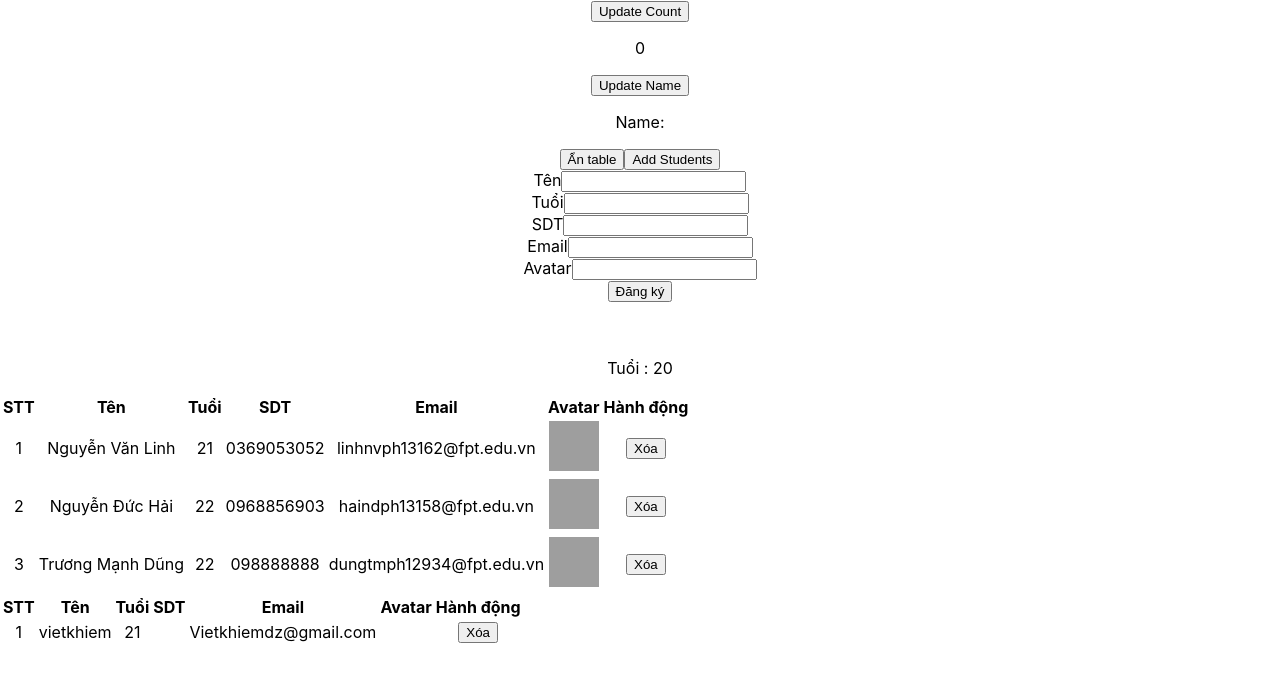
Repository: vietkhiem/TypeScript
Page: /
These files come from the project's save history. The page is drawn as it stood at one moment and after the next save; the edit follows.
The browser window is 1280 px wide. The pictures show the whole page.
Pictures or frames that could not be fetched are drawn as grey boxes. The project was rebuilt for these pictures with package versions that can differ from the ones it lists, and the page was loaded fresh each time.

Above is the page before, as saved 2022-03-18 20:22:12.

### src/App.tsx
import React, {useState} from 'react';
import './App.css';
import Login from './pages/login';
import TableCustom from './pages/table';

type Student = {
  name: string,
  age: number,
  address: string,
  phone: number
}

function App() {
  const [count, setCount] = useState<number>(0);
  const [name, setName] = useState<string>('');
  //state trang thai hien thi bang
  const [isShowTable, setShowTable] = useState<boolean>(true);
  const studentsData = [
    {
      name: 'vietkhiem',
      age: 21,
      address: 'Thái Bình',
      email: 'Vietkhiemdz@gmail.com',
      action: 'Delete'
    }
  ]
  return (
    <div className="App">
      <button onClick={() => setCount(count+1)}>Update Count</button>
        <p>{count}</p>

      <button onClick={() => setName('viet khiem')}>Update Name</button>
        <p>Name: {name}</p>

        <button onClick={() => setShowTable(!isShowTable)}>
        {isShowTable === true ? 'Ẩn' : 'Hiện'}  table</button>

        <button>Add Students</button>
      {/* thêm view login vào trong App.tsx */}
        <Login />
        {/* thêm components table vào app */}
        {
          isShowTable === true
        ? <TableCustom rows={studentsData} />
        :null
        }

    </div>
  );
}

export default App;

### src/App.css
.App {
  text-align: center;
}

.App-link {
  color: #61dafb;
}

@keyframes App-logo-spin {
  from {
    transform: rotate(0deg);
  }
  to {
    transform: rotate(360deg);
  }
}
.customers {
  font-family: Arial, Helvetica, sans-serif;
  border-collapse: collapse;
  width: 100%;
}

.customers td, .customers th {
  border: 1px solid #ddd;
  padding: 8px;
}

.customers tr:nth-child(even){background-color: #f2f2f2;}

.customers tr:hover {background-color: #ddd;}

.customers th {
  padding-top: 12px;
  padding-bottom: 12px;
  text-align: center;
  background-color: rgb(48, 169, 169);
  color: white;
}

### src/pages/login/index.tsx
import React, {useState} from 'react'
import Table from '../table';

const Student = () => {
  type studenType = {
    name: string
    age: number
    phone: string
    email: string
    avatar: string
  }
  const [data, setData] = useState<studenType[]>([
    {
      name: 'Nguyễn Văn Linh',
      age: 21,
      phone: '0369053052',
      email: 'linhnvph13162@fpt.edu.vn',
      avatar: 'https://picsum.photos/50/50',
    },
    {
      name: 'Nguyễn Đức Hải',
      age: 22,
      phone: '0968856903',
      email: 'haindph13158@fpt.edu.vn',
      avatar: 'https://picsum.photos/50/50',
    },
    {
      name: 'Trương Mạnh Dũng',
      age: 22,
      phone: '098888888',
      email: 'dungtmph12934@fpt.edu.vn',
      avatar: 'https://picsum.photos/50/50',
    },
  ])
  const removeProduct = (id: number) => {
    console.log(id)
  }
  type info = {
    age: number
  }
  const showAge = (props: info): number => {
    return props.age
  }
  const [isShowTable, SetShowTable] = useState<boolean>(true)
  const [namevalue, setname] = useState<string>('')
  const [agevalue, setage] = useState<string>('')
  const [phonevalue, setphone] = useState<string>('')
  const [emailvalue, setemail] = useState<string>('')
  const [avatarvalue, setavatar] = useState<string>('')
  const onSubmit = (): any => {
    const datanew: any = {
      name: namevalue,
      age: +agevalue,
      phone: phonevalue,
      email: emailvalue,
      avatar: avatarvalue,
    }
    console.log(datanew);

    setData([...data,datanew])
  }
  return (
    <>
      <div className="w-[1200px] mx-auto">
        <form action="">
          <div>
            <label htmlFor="">Tên</label>
            <input
              onChange={(e) => setname(e.target.value)}
              className="border border-2 border-black"
              type="text"
            />
          </div>
          <div className="mt-4">
            <label htmlFor="">Tuổi</label>
            <input
              onChange={(e) => setage(e.target.value)}
              className="border border-2 border-black"
              type="number"
            />
          </div>
          <div className="mt-4">
            <label htmlFor="">SDT</label>
            <input
              onChange={(e) => setphone(e.target.value)}
              className="border border-2 border-black"
              type="text"
            />
          </div>
          <div className="mt-4">
            <label htmlFor="">Email</label>
            <input
              onChange={(e) => setemail(e.target.value)}
              className="border border-2 border-black"
              type="email"
            />
          </div>
          <div className="mt-4">
            <label htmlFor="">Avatar</label>
            <input
              onChange={(e) => setavatar(e.target.value)}
              className="border border-2 border-black"
              type="text"
            />
          </div>
          <button
            onClick={(e) => {
              onSubmit()
              e.preventDefault()
            }}
            className="mt-4  border-2 border-black"
          >
            Đăng ký
          </button>
        </form>
        <br />
        {/* <button
          onClick={() => {
            SetShowTable(!isShowTable)
          }}
          className="btn-delete text-red-600 font-semibold border border-2 border-black"
        >
          {isShowTable === true ? 'Ẩn' : 'Hiện'} Bảng
        </button> */}
        <br />
        <p>Tuổi : {showAge({ age: 20 })}</p>
        {isShowTable && <Table rows={data} />}
      </div>
    </>
  )
}

export default Student;

### src/pages/table/index.tsx
import React from 'react'
type rowType = {
  name: string
  age: number
  phone: string
  email: string
  avatar: string
}
type typeshow = {
  rows: rowType[],
}
const Table = (props: typeshow) => {
  return (
    <table>
      <thead>
        <tr>
          <th>STT</th>
          <th>Tên</th>
          <th>Tuổi</th>
          <th>SDT</th>
          <th>Email</th>
          <th>Avatar</th>
          <th>Hành động</th>
        </tr>
      </thead>
      <tbody>
        {props.rows.map((item, index) => (
          <tr key={index}>
            <td style={{ verticalAlign: 'middle' }}>{index + 1}</td>
            <td style={{ verticalAlign: 'middle' }}>{item.name}</td>
            <td style={{ verticalAlign: 'middle' }}>{item.age}</td>
            <td style={{ verticalAlign: 'middle' }}>{item.phone}</td>
            <td style={{ verticalAlign: 'middle' }}>{item.email}</td>
            <td style={{ verticalAlign: 'middle' }}>
              <img src={item.avatar} alt="" />
            </td>
            <td>
              <button
                className="btn btn-danger"
              >
                Xóa
              </button>
            </td>
          </tr>
        ))}
      </tbody>
    </table>
  )
}

export default Table

Loaded but not shown: public/index.html (common file); src/index.tsx (common file); src/index.css (common file); src/reportWebVitals.ts (common file)

After the next save:
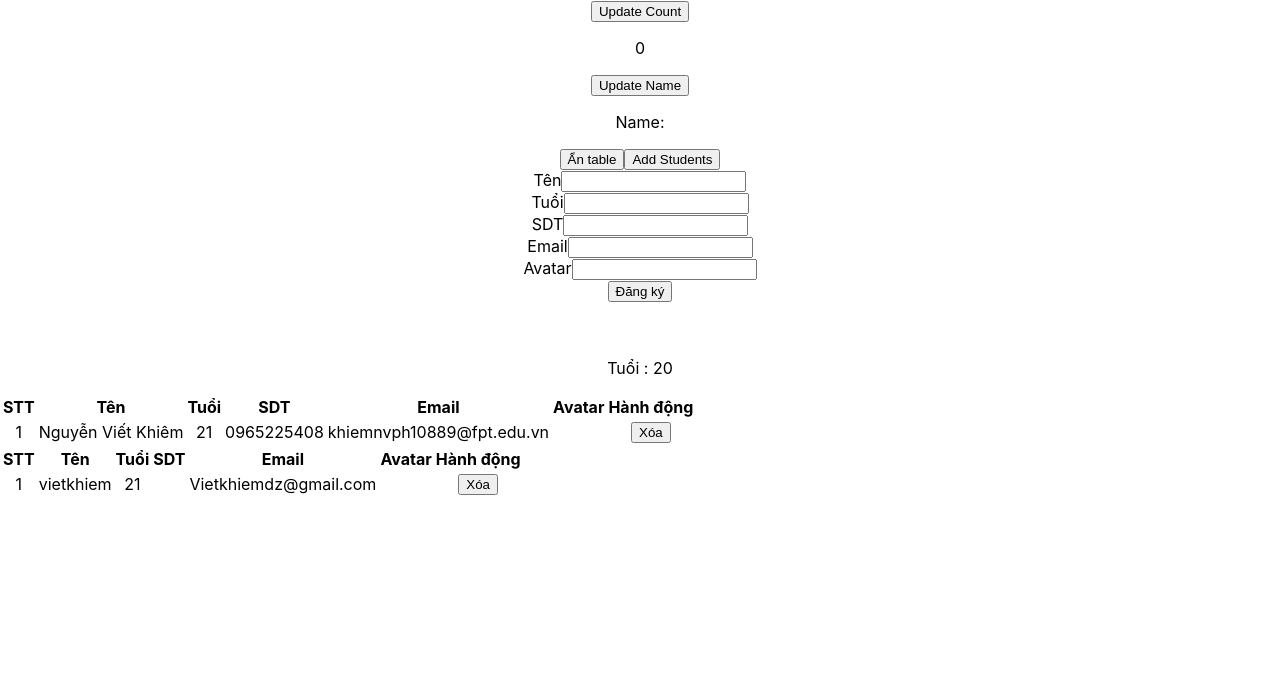
Saved 113 s later.
--- a/src/pages/login/index.tsx
+++ b/src/pages/login/index.tsx
@@ -7,30 +7,14 @@ const Student = () => {
     age: number
     phone: string
     email: string
-    avatar: string
   }
   const [data, setData] = useState<studenType[]>([
     {
-      name: 'Nguyễn Văn Linh',
+      name: 'Nguyễn Viết Khiêm',
       age: 21,
-      phone: '0369053052',
-      email: 'linhnvph13162@fpt.edu.vn',
-      avatar: 'https://picsum.photos/50/50',
-    },
-    {
-      name: 'Nguyễn Đức Hải',
-      age: 22,
-      phone: '0968856903',
-      email: 'haindph13158@fpt.edu.vn',
-      avatar: 'https://picsum.photos/50/50',
-    },
-    {
-      name: 'Trương Mạnh Dũng',
-      age: 22,
-      phone: '098888888',
-      email: 'dungtmph12934@fpt.edu.vn',
-      avatar: 'https://picsum.photos/50/50',
-    },
+      phone: '0965225408',
+      email: 'khiemnvph10889@fpt.edu.vn',
+    }
   ])
   const removeProduct = (id: number) => {
     console.log(id)
